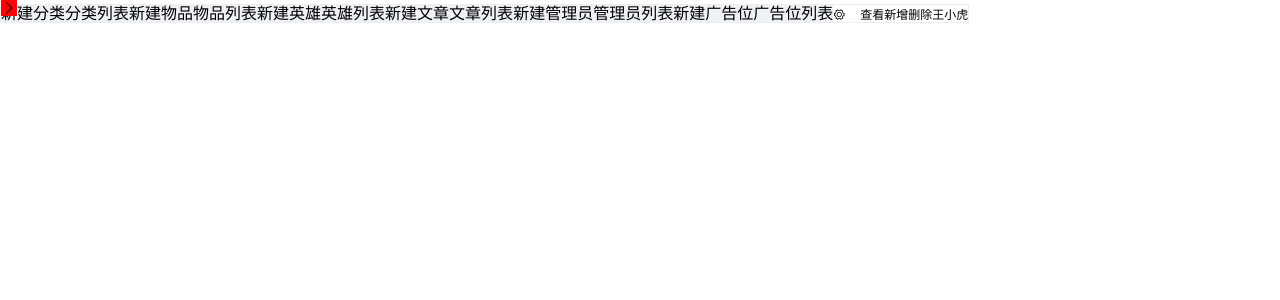
Repository: zqw980624/aaa
Page: / (app in admin/)
These files come from the project's save history. The page is drawn as it stood at one moment and after a run of saves; the edit follows.
The browser window is 1280 px wide. The pictures show the whole page.
The project was rebuilt for these pictures with package versions that can differ from the ones it lists, and the page was loaded fresh each time. Also part of the build but not shown: admin/src/views/CategoryEditor.vue, admin/src/views/CategoryList.vue, admin/src/views/ItemEditor.vue, admin/src/views/ItemList.vue, admin/src/views/HeroEditor.vue, admin/src/views/HeroList.vue, admin/src/views/ArticleEditor.vue, admin/src/views/ArticleList.vue and 4 more. Imported but missing from the stored project, and not drawn on this page: admin/src/plugins/element.js.

Above is the page before, as saved 2020-03-09 22:56:30.

After the next 2 saves:
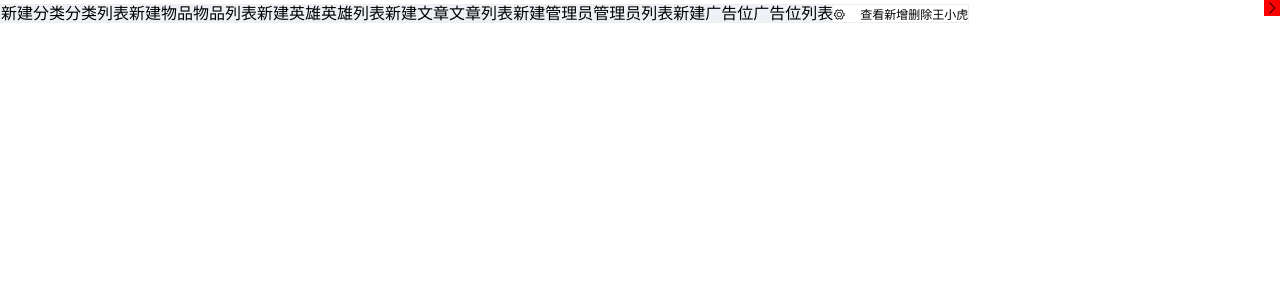
The 2 saves are shown as one change because they came seconds apart.
The last was saved 8 s later.
--- a/admin/src/views/Main.vue
+++ b/admin/src/views/Main.vue
@@ -109,6 +109,7 @@ export default {
 }
 .toggle{
   position: absolute;
+  right: 0;
   background: red;
 
 }
